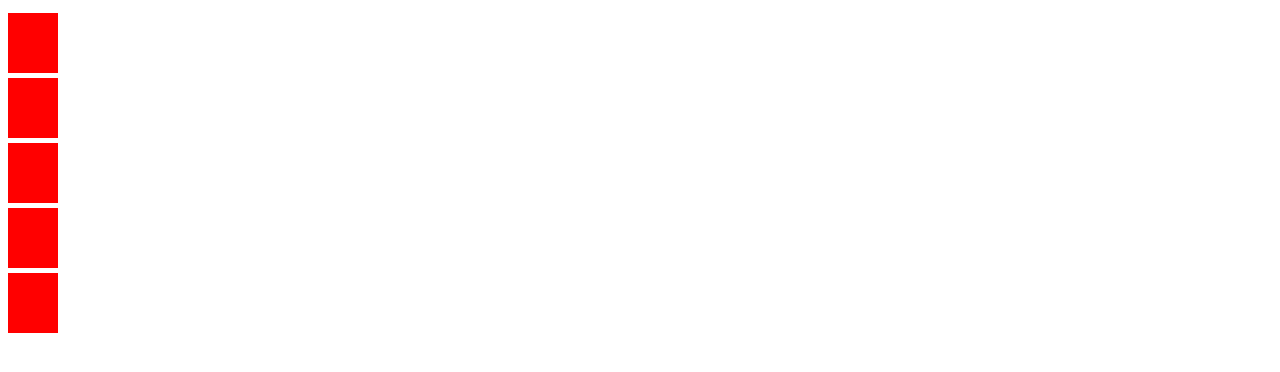
Repository: batonAnton/cursor_hw_10
Page: index.html
An editor plug-in stored every save of this project. The page is shown before and after the next save, followed by the edit.
The browser window is 1280 px wide. The pictures show the whole page.

Above is the page before, as saved 2023-01-31 11:05:08.

After the next save:
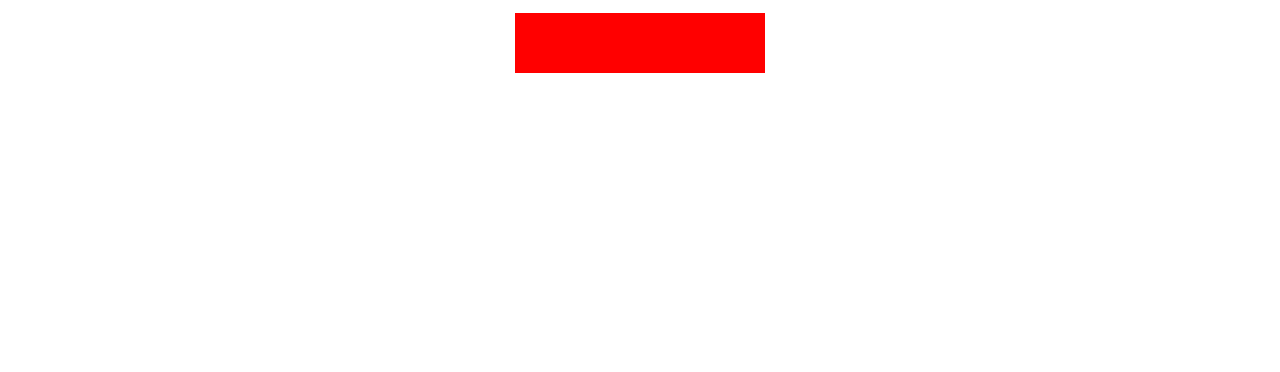
Saved 2 min 29 s later.
--- a/index.js
+++ b/index.js
@@ -1,9 +1,9 @@
-
+const container = document.querySelector(".container");
 function generateBlocks(){
     for(let i = 0; i < 5; i++){
         const div = document.createElement("div");
         div.classList.add("box");
-        document.body.append(div);
+        container.prepend(div);
     }
 }
 
